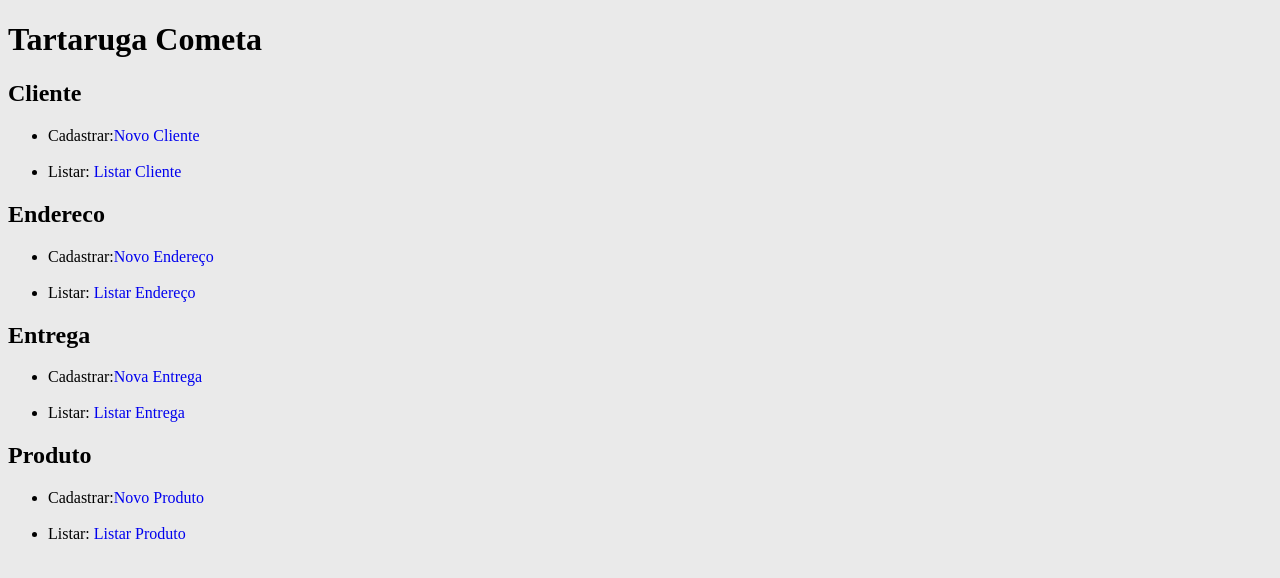
Repository: alvarofgomes/TartarugaCometa
Page: http://localhost/TartarugaCometa/src/main/WebContent/index.jsp
These files come from the project's save history. The page is drawn as it stood at one moment and after the next save; the edit follows.
The browser window is 1280 px wide. The pictures show the whole page.
The page is served by Tomcat 9. Other server files are loaded and not shown.

Above is the page before, as saved 2025-12-17 20:51:49.

### TartarugaCometa/src/main/WebContent/index.jsp
<%@ page language="java" contentType="text/html; charset=UTF-8"
    pageEncoding="UTF-8"%>

<!DOCTYPE html>
<html>
<head>
<meta charset="UTF-8">
<title>Menu Tartaruga Cometa</title>
<style>
a{text-decoration: none;}
body {background-color: #eaeaea;}
</style>
</head>
<body>

	<h1>Tartaruga Cometa</h1>

	<nav>
		<h2>Cliente</h2>
		<ul>
			<li>Cadastrar:<a href="/TartarugaCometa/clienteCadastrar">Novo Cliente</a></li><br>
			<li>Listar: <a href="/TartarugaCometa/clienteListar">Listar Cliente</a></li>
		</ul>
		<h2>Endereco</h2>
		<ul>
			<li>Cadastrar:<a href="/TartarugaCometa/enderecoCadastrar">Novo Endereço</a></li><br>
			<li>Listar: <a href="/TartarugaCometa/enderecoListar">Listar Endereço</a></li>
		</ul>
		<h2>Entrega</h2>
		<ul>
			<li>Cadastrar:<a href="/TartarugaCometa/entregaCadastrar">Nova Entrega</a></li><br>
			<li>Listar: <a href="/TartarugaCometa/entregaListar">Listar Entrega</a></li>
		</ul>
		<h2>Produto</h2>
		<ul>
			<li>Cadastrar:<a href="/TartarugaCometa/produtoCadastrar">Novo Produto</a></li><br>
			<li>Listar: <a href="/TartarugaCometa/produtoListar">Listar Produto</a></li>
		</ul>
	</nav>

</body>
</html>

After the next save:
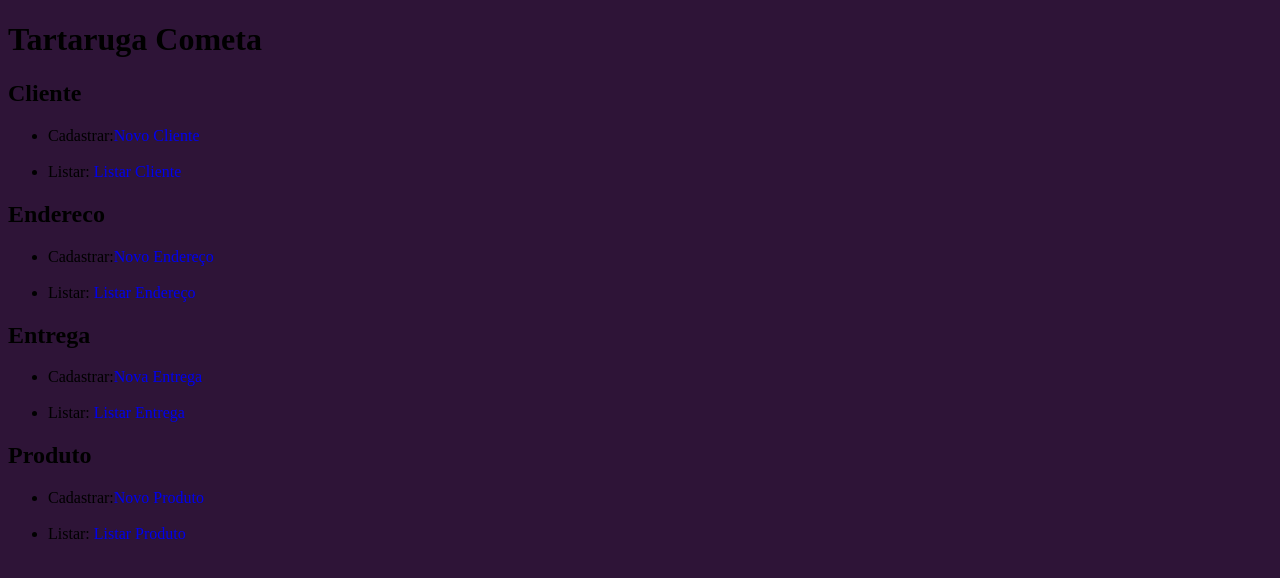
Saved 39 s later.
--- a/TartarugaCometa/src/main/WebContent/index.jsp
+++ b/TartarugaCometa/src/main/WebContent/index.jsp
@@ -8,7 +8,7 @@
 <title>Menu Tartaruga Cometa</title>
 <style>
 a{text-decoration: none;}
-body {background-color: #eaeaea;}
+body {background-color: #2e1437;}
 </style>
 </head>
 <body>
